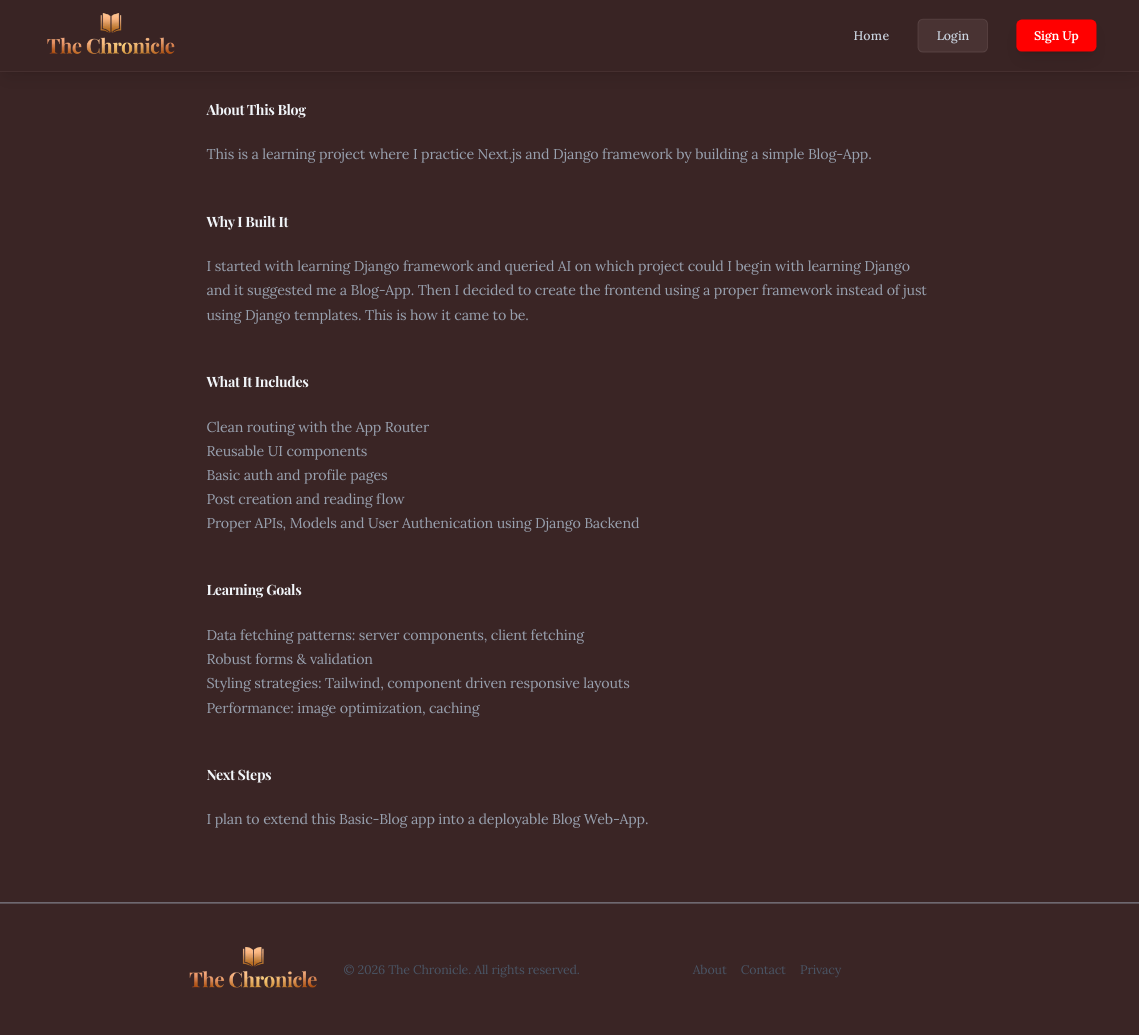
Repository: swaruplamsal/BasicBlogApp
Page: /about (app in blog-frontend/)
These files come from the project's save history. The page is drawn as it stood at one moment and after a run of saves; the edit follows.
The browser window is 1280 px wide. The pictures show the whole page, at 89% of full size.
The page's requests for data from a server got no answer. The project was rebuilt for these pictures with package versions that can differ from the ones it lists, and the page was loaded fresh each time. The framework's server and built-in components were replaced by stand-ins that run in the browser. No one was signed in, and anything a server would have sent is missing. Also part of the build but not shown: blog-frontend/next.config.mjs, blog-frontend/app/components/Avatar.js.

Above is the page before, as saved 2026-02-07 21:13:46.

### blog-frontend/app/layout.js
// app/layout.js
import { Lora, Playfair_Display } from "next/font/google";
import { AuthProvider } from "./context/AuthContext";
import { generateSiteMetadata } from "../lib/metadata";
import "./globals.css";

export const metadata = generateSiteMetadata();

const lora = Lora({
  subsets: ["latin"],
  weight: ["400", "500", "600", "700"],
  variable: "--font-lora",
});

const playfair = Playfair_Display({
  subsets: ["latin"],
  weight: ["400", "500", "600", "700", "900"],
  variable: "--font-playfair",
});

export default function RootLayout({ children }) {
  return (
    <html lang="en">
      <body className={`${lora.variable} ${playfair.variable}`}>
        <AuthProvider>{children}</AuthProvider>
      </body>
    </html>
  );
}

### blog-frontend/app/about/page.js
import Navbar from "../components/Navbar";
import Footer from "../components/Footer";

const sectionStyle = {
  marginTop: "1.5rem",
};

export default function About() {
  return (
    <div className="dark:bg-slate-950 text-gray-400">
      <Navbar />
      <main style={{ padding: "2rem", maxWidth: "880px", margin: "0 auto" }}>
        <h1>About This Blog</h1>
        <br />

        <p>
          This is a learning project where I practice Next.js and Django
          framework by building a simple Blog-App.
        </p>
        <br />
        <section style={sectionStyle}>
          <h2>Why I Built It</h2>
          <br />
          <p>
            I started with learning Django framework and queried AI on which
            project could I begin with learning Django and it suggested me a
            Blog-App. Then I decided to create the frontend using a proper
            framework instead of just using Django templates. This is how it
            came to be.
          </p>
        </section>
        <br />

        <section style={sectionStyle}>
          <h2>What It Includes</h2>
          <br />
          <ul>
            <li>Clean routing with the App Router</li>
            <li>Reusable UI components</li>
            <li>Basic auth and profile pages</li>
            <li>Post creation and reading flow</li>
            <li>
              Proper APIs, Models and User Authenication using Django Backend
            </li>
          </ul>
        </section>
        <br />

        <section style={sectionStyle}>
          <h2>Learning Goals</h2>
          <br />
          <ul>
            <li>Data fetching patterns: server components, client fetching</li>
            <li>Robust forms & validation</li>
            <li>
              Styling strategies: Tailwind, component driven responsive layouts
            </li>
            <li>Performance: image optimization, caching</li>
          </ul>
        </section>
        <br />

        <section style={sectionStyle}>
          <h2>Next Steps</h2>
          <br />
          <p>
            I plan to extend this Basic-Blog app into a deployable Blog Web-App.
          </p>
        </section>
      </main>
      <Footer />
    </div>
  );
}

### blog-frontend/app/context/AuthContext.js
"use client";

import { createContext, useContext, useState, useEffect } from "react";
import { authApi } from "../../lib/api";

const AuthContext = createContext();

// Helper function to get initial state from localStorage
function getInitialAuth() {
  if (typeof window === "undefined") {
    return { token: null, user: null };
  }

  const savedToken = localStorage.getItem("token");
  const savedUser = localStorage.getItem("user");

  return {
    token: savedToken || null,
    user: savedUser ? JSON.parse(savedUser) : null,
  };
}

export function AuthProvider({ children }) {
  const [user, setUser] = useState(() => getInitialAuth().user);
  const [token, setToken] = useState(() => getInitialAuth().token);

  // Sync user data with backend on mount if token exists
  useEffect(() => {
    if (typeof window === "undefined" || !token) return;

    const syncUserData = async () => {
      try {
        const completeUser = await authApi.getCurrentUser();
        setUser(completeUser);
        localStorage.setItem("user", JSON.stringify(completeUser));
      } catch (error) {
        // If sync fails, user might be logged out - clear auth state
        setToken(null);
        setUser(null);
        localStorage.removeItem("token");
        localStorage.removeItem("user");
      }
    };

    syncUserData();
  }, [token]);

  const login = async (username, password) => {
    try {
      const data = await authApi.login(username, password);

      setToken(data.token);
      localStorage.setItem("token", data.token);

      // Fetch complete user data including profile
      try {
        const completeUser = await authApi.getCurrentUser();
        setUser(completeUser);
        localStorage.setItem("user", JSON.stringify(completeUser));
      } catch (profileError) {
        // Fallback to basic user data if profile fetch fails
        setUser(data.user);
        localStorage.setItem("user", JSON.stringify(data.user));
      }

      return { success: true };
    } catch (error) {
      return { success: false, error: error.message };
    }
  };

  const signup = async (username, email, password) => {
    try {
      const data = await authApi.signup(username, email, password);

      setToken(data.token);
      setUser(data.user);
      localStorage.setItem("token", data.token);
      localStorage.setItem("user", JSON.stringify(data.user));
      return { success: true };
    } catch (error) {
      return { success: false, error: error.message };
    }
  };

  const logout = () => {
    setToken(null);
    setUser(null);
    localStorage.removeItem("token");
    localStorage.removeItem("user");
  };

  const refreshUser = async () => {
    if (!token) return;

    try {
      const completeUser = await authApi.getCurrentUser();
      setUser(completeUser);
      localStorage.setItem("user", JSON.stringify(completeUser));
    } catch (error) {
      console.log("Failed to refresh user data:", error.message);
    }
  };

  return (
    <AuthContext.Provider
      value={{ user, token, login, signup, logout, refreshUser }}
    >
      {children}
    </AuthContext.Provider>
  );
}

export function useAuth() {
  return useContext(AuthContext);
}

### blog-frontend/lib/metadata.js
// Helper functions for generating metadata

export const generateSiteMetadata = () => ({
  title: {
    template: "%s | The Chronicle",
    default: "The Chronicle - Where Stories Matter",
  },
  description:
    "Discover thoughtful perspectives, compelling narratives, and insights that challenge the ordinary.",
  keywords: ["blog", "stories", "articles", "writing", "chronicle"],
  authors: [{ name: "The Chronicle Team" }],
  openGraph: {
    type: "website",
    locale: "en_US",
    siteName: "The Chronicle",
  },
  twitter: {
    card: "summary_large_image",
  },
  // Fallback favicon / site icon. Place a file at public/favicon.png (or /favicon.ico)
  icons: {
    icon: "/favicon.png",
    apple: "/favicon.png",
  },
});

export const generatePostMetadata = (post) => {
  if (!post) return {};

  return {
    title: post.title,
    description: post.content.substring(0, 160) + "...",
    keywords: post.tags?.map((tag) => tag.name) || [],
    authors: [{ name: post.author?.username || "Anonymous" }],
    openGraph: {
      title: post.title,
      description: post.content.substring(0, 160) + "...",
      type: "article",
      publishedTime: post.created_at,
      modifiedTime: post.updated_at,
      authors: [post.author?.username || "Anonymous"],
      tags: post.tags?.map((tag) => tag.name) || [],
    },
    twitter: {
      card: "summary_large_image",
      title: post.title,
      description: post.content.substring(0, 160) + "...",
    },
  };
};

### blog-frontend/app/globals.css
@import "tailwindcss";

@layer base {
  :root {
    /* Bold Editorial Theme - Color Hunt Palette */
    --background: #3a2525;
    --background-elevated: #4a3535;
    --background-hover: #5a4545;
    --foreground: #f1f5f9;
    --foreground-muted: #cbd5e1;
    --foreground-subtle: #94a3b8;

    /* Accent Colors */
    --accent: #ff0000;
    --accent-hover: #cc0000;
    --accent-light: #ff3333;
    --accent-secondary: #9e2a2a;
    --navy: #000080;
    --navy-hover: #0000a0;

    /* Borders & Dividers */
    --border: #5a4545;
    --border-light: #6a5555;

    /* Semantic Colors */
    --success: #10b981;
    --error: #ff0000;
    --warning: #ff0000;
  }

  body {
    background: var(--background);
    color: var(--foreground);
    font-family:
      var(--font-lora),
      -apple-system,
      BlinkMacSystemFont,
      "Segoe UI",
      Roboto,
      sans-serif;
    line-height: 1.7;
    -webkit-font-smoothing: antialiased;
    -moz-osx-font-smoothing: grayscale;
    letter-spacing: -0.011em;
  }

  h1,
  h2,
  h3,
  h4,
  h5,
  h6 {
    font-family: var(--font-playfair), Georgia, serif;
    font-weight: 700;
    line-height: 1.25;
    color: var(--foreground);
    letter-spacing: -0.025em;
  }
}

@layer components {
  /* Custom Scrollbar */
  ::-webkit-scrollbar {
    width: 8px;
  }

  ::-webkit-scrollbar-track {
    background: var(--background);
  }

  ::-webkit-scrollbar-thumb {
    background: var(--accent);
    border-radius: 4px;
  }

  ::-webkit-scrollbar-thumb:hover {
    background: var(--accent-hover);
  }

  /* Smooth transitions */
  * {
    transition-property:
      background-color, border-color, color, fill, stroke, transform, opacity;
    transition-timing-function: cubic-bezier(0.4, 0, 0.2, 1);
    transition-duration: 200ms;
  }

  /* Editorial Utilities */
  .editorial-gradient {
    background: linear-gradient(
      135deg,
      var(--background) 0%,
      var(--background-elevated) 100%
    );
  }

  .text-gradient {
    background: linear-gradient(135deg, #ff0000, #9e2a2a);
    -webkit-background-clip: text;
    -webkit-text-fill-color: transparent;
    background-clip: text;
  }

  .reading-progress {
    position: fixed;
    top: 0;
    left: 0;
    height: 3px;
    background: linear-gradient(90deg, #ff0000, #9e2a2a);
    z-index: 9999;
    transition: width 0.1s ease-out;
  }

  .card-hover {
    transition: all 0.3s cubic-bezier(0.4, 0, 0.2, 1);
  }

  .card-hover:hover {
    transform: translateY(-2px);
    box-shadow: 0 20px 40px -12px rgba(255, 0, 0, 0.2);
    border-color: #6a5555 !important;
  }

  /* Button Styles */
  .btn-primary {
    background-color: #ff0000;
    box-shadow: 0 10px 25px -5px rgba(255, 0, 0, 0.3);
    transition: all 0.3s ease;
  }

  .btn-primary:hover {
    background-color: #cc0000;
    box-shadow: 0 15px 30px -5px rgba(255, 0, 0, 0.4);
  }

  /* Link Styles */
  .link-red {
    color: #ff0000;
    transition: color 0.2s ease;
  }

  .link-red:hover {
    color: #ff3333;
  }

  .link-nav {
    color: #cbd5e1;
    transition: color 0.2s ease;
  }

  .link-nav:hover {
    color: #ff0000;
  }

  /* Article Title */
  .article-title {
    color: #f1f5f9;
    transition: color 0.3s ease;
  }

  .article-title:hover {
    color: #ff0000;
  }

  /* Tag Styles */
  .tag {
    color: #94a3b8;
    background-color: rgba(90, 69, 69, 0.5);
    border: 1px solid rgba(106, 85, 85, 0.5);
    transition: all 0.2s ease;
  }

  .tag:hover {
    border-color: #9e2a2a;
    color: #cbd5e1;
  }
  /* Form Styles */
  .form-input {
    background-color: rgba(90, 69, 69, 0.5);
    border: 1px solid #6a5555;
    color: #f1f5f9;
    transition: all 0.2s ease;
  }

  .form-input:focus {
    outline: none;
    border-color: #ff0000;
    background-color: rgba(90, 69, 69, 0.7);
  }

  .form-label {
    color: #cbd5e1;
  }

  .form-container {
    background-color: rgba(74, 53, 53, 0.5);
    border: 1px solid #5a4545;
  }

  .btn-secondary {
    background-color: rgba(90, 69, 69, 0.8);
    color: #cbd5e1;
    border: 1px solid #6a5555;
    transition: all 0.2s ease;
  }

  .btn-secondary:hover {
    background-color: rgba(90, 69, 69, 1);
    border-color: #7a6565;
  }

  .btn-danger {
    background-color: rgba(158, 42, 42, 0.8);
    color: #fff;
    border: 1px solid #9e2a2a;
    transition: all 0.2s ease;
  }

  .btn-danger:hover {
    background-color: #9e2a2a;
  }

  .btn-success {
    background-color: rgba(16, 185, 129, 0.8);
    color: #fff;
    transition: all 0.2s ease;
  }

  .btn-success:hover {
    background-color: rgb(16, 185, 129);
  }

  /* ========================================
   LOADING & ANIMATION STYLES
   ======================================== */

  /* Shimmer effect for skeleton loaders */
  @keyframes shimmer {
    0% {
      transform: translateX(-100%);
    }
    100% {
      transform: translateX(100%);
    }
  }

  .animate-shimmer {
    animation: shimmer 2s infinite;
  }

  /* Fade in animation */
  @keyframes fade-in {
    from {
      opacity: 0;
    }
    to {
      opacity: 1;
    }
  }

  .animate-fade-in {
    animation: fade-in 0.5s ease-out;
  }

  /* Fade in and slide up animation */
  @keyframes fade-in-up {
    from {
      opacity: 0;
      transform: translateY(20px);
    }
    to {
      opacity: 1;
      transform: translateY(0);
    }
  }

  .animate-fade-in-up {
    animation: fade-in-up 0.6s ease-out;
  }

  /* Scale in animation */
  @keyframes scale-in {
    from {
      opacity: 0;
      transform: scale(0.95);
    }
    to {
      opacity: 1;
      transform: scale(1);
    }
  }

  .animate-scale-in {
    animation: scale-in 0.4s ease-out;
  }

  /* Smooth transitions for all interactive elements */
  .transition-smooth {
    transition: all 0.3s cubic-bezier(0.4, 0, 0.2, 1);
  }
}

### blog-frontend/app/components/Navbar.js
// app/components/Navbar.js
"use client";

import dynamic from "next/dynamic";
import Link from "next/link";
import Image from "next/image";

const NavbarAuth = dynamic(() => import("./NavbarAuth"), { ssr: false });

export default function Navbar() {
  return (
    <nav
      className="sticky top-0 z-50 backdrop-blur-xl border-b shadow-lg"
      style={{
        backgroundColor: "rgba(58, 37, 37, 0.8)",
        borderColor: "rgba(90, 69, 69, 0.5)",
      }}
    >
      <div className="max-w-7xl mx-auto px-6 sm:px-8 lg:px-12">
        <div className="flex justify-between items-center h-20">
          {/* Logo */}
          <Link
            href="/"
            className="group flex items-center gap-3 hover:opacity-80 transition-opacity"
          >
            {/* Replace the inline svg with a logo image from public/images/logo.png */}
            <div>
              <Image
                src="/images/logo.png"
                alt="Editorial logo"
                width={150}
                height={150}
                className="object-cover"
                priority
              />
            </div>
          </Link>

          {/* Nav Links */}
          <div className="flex items-center gap-8">
            <Link
              href="/"
              className="link-nav font-medium text-sm tracking-wide"
            >
              Home
            </Link>
            <NavbarAuth />
          </div>
        </div>
      </div>
    </nav>
  );
}

### blog-frontend/app/components/Footer.js
import Image from "next/image";
import Link from "next/link";
import SocialLinks from "./SocialLinks";

export default function Footer() {
  return (
    <footer className="border-t mt-12 py-8 tex dark:bg-gray-900">
      <div className="max-w-4xl mx-auto px-4 flex flex-col md:flex-row items-center justify-between gap-4">
        <div className="flex items-center space-x-3">
          <Link href="/" className="flex items-center">
            <Image
              src="/images/logo.png"
              alt="Logo"
              width={150}
              height={150}
              className="rounded-sm"
            />
          </Link>
          <p className="text-sm text-gray-600 dark:text-gray-300 ml-4">
            © {new Date().getFullYear()} The Chronicle. All rights reserved.
          </p>
        </div>

        <nav className="flex items-center space-x-4">
          <Link
            href="/about"
            className="text-sm text-gray-600 hover:text-red-600 transition-colors duration-200 dark:text-gray-300 dark:hover:text-red-400 active:text-red-900 focus:outline-none focus-visible:ring-2 focus-visible:ring-red-300 rounded"
          >
            About
          </Link>
          <Link
            href="/contact"
            className="text-sm text-gray-600 hover:text-red-600 transition-colors duration-200 dark:text-gray-300 dark:hover:text-red-400 active:text-red-900 focus:outline-none focus-visible:ring-2 focus-visible:ring-red-300 rounded"
          >
            Contact
          </Link>
          <Link
            href="/privacy"
            className="text-sm text-gray-600 hover:text-red-600 transition-colors duration-200 dark:text-gray-300 dark:hover:text-red-400 active:text-red-900 focus:outline-none focus-visible:ring-2 focus-visible:ring-red-300 rounded"
          >
            Privacy
          </Link>
        </nav>

        <div>
          <SocialLinks />
        </div>
      </div>
    </footer>
  );
}

Loaded but not shown: blog-frontend/lib/api.js (library); blog-frontend/app/components/NavbarAuth.js (180 lines, source omitted); blog-frontend/app/components/SocialLinks.js (86 lines, source omitted)

After the next 4 saves:
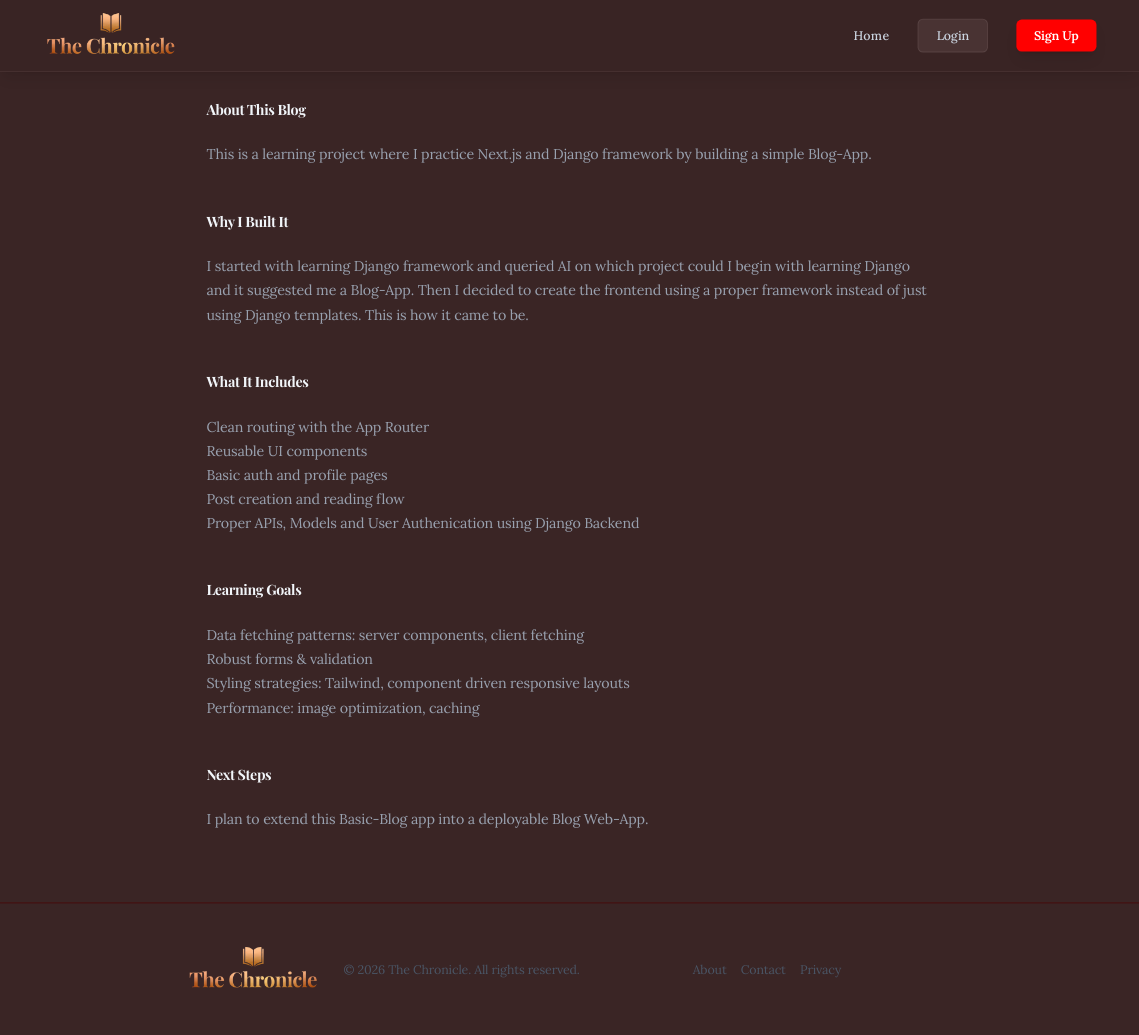
The 4 saves are shown as one change because they came seconds apart.
The last was saved 13 s later.
--- a/blog-frontend/app/components/Footer.js
+++ b/blog-frontend/app/components/Footer.js
@@ -4,7 +4,7 @@
 
 export default function Footer() {
   return (
-    <footer className="border-t mt-12 py-8 tex dark:bg-gray-900">
+    <footer className="border-t mt-12 py-8 text-red-950 dark:bg-gray-900">
       <div className="max-w-4xl mx-auto px-4 flex flex-col md:flex-row items-center justify-between gap-4">
         <div className="flex items-center space-x-3">
           <Link href="/" className="flex items-center">

After the save that followed:
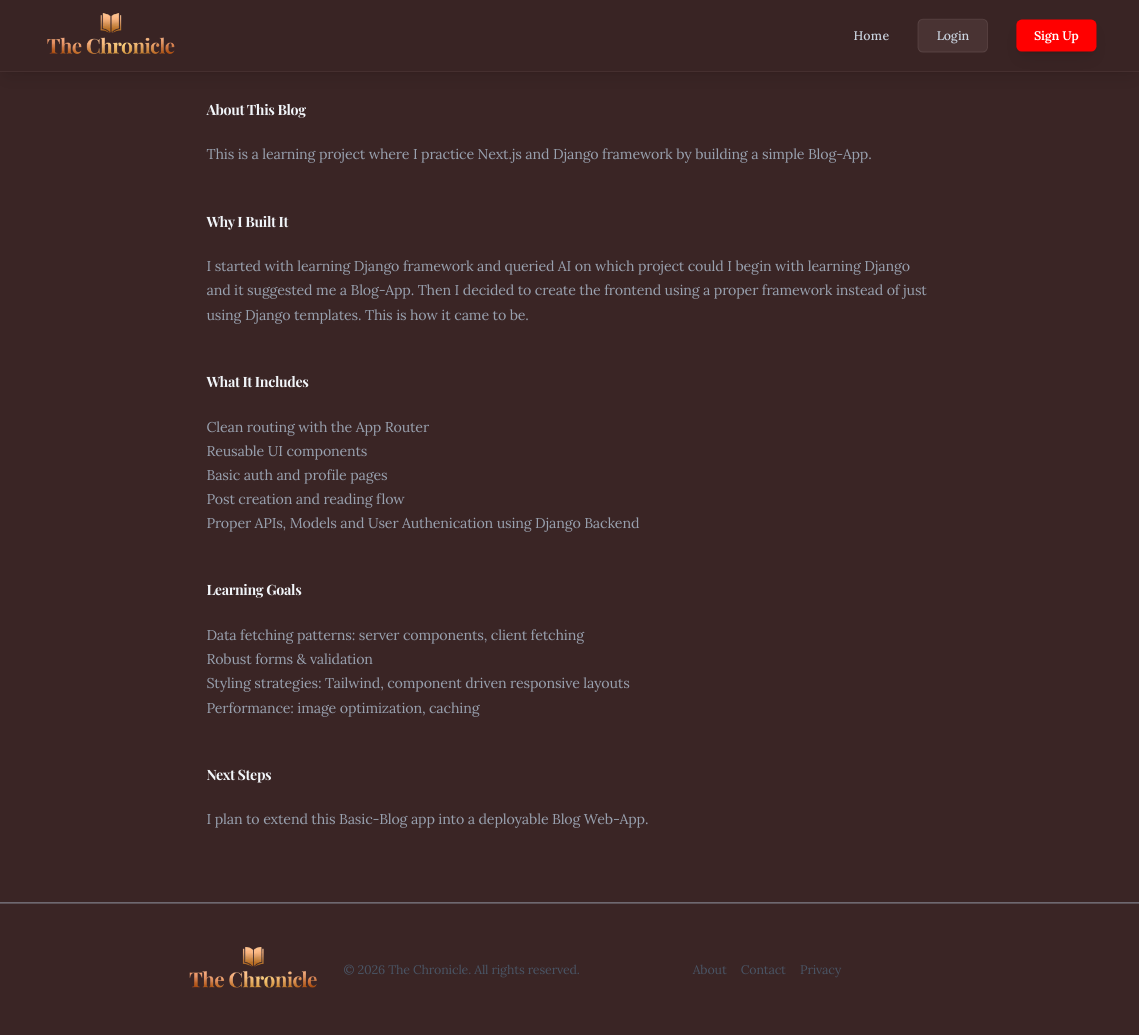
Saved 14 s later.
--- a/blog-frontend/app/components/Footer.js
+++ b/blog-frontend/app/components/Footer.js
@@ -4,7 +4,7 @@
 
 export default function Footer() {
   return (
-    <footer className="border-t mt-12 py-8 text-red-950 dark:bg-gray-900">
+    <footer className="border-t mt-12 py-8 text-l dark:bg-gray-900">
       <div className="max-w-4xl mx-auto px-4 flex flex-col md:flex-row items-center justify-between gap-4">
         <div className="flex items-center space-x-3">
           <Link href="/" className="flex items-center">
